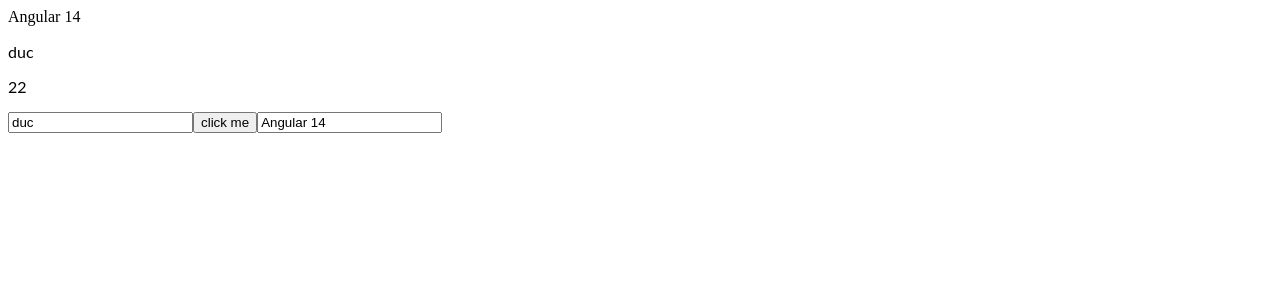
Repository: leduc24/baitap-angular100day
Page: / (app in angular_bai3/)
The author's editor kept a copy of each file at every save. The page is drawn from the files as they stood at one save, then again after the next save.
The browser window is 1280 px wide. The pictures show the whole page.
The project was rebuilt for these pictures with package versions that can differ from the ones it lists, and the page was loaded fresh each time. Also part of the build but not shown: angular_bai3/angular.json, angular_bai3/src/app/hello.component.ts.

Above is the page before, as saved 2022-06-30 11:13:33.

After the next save:
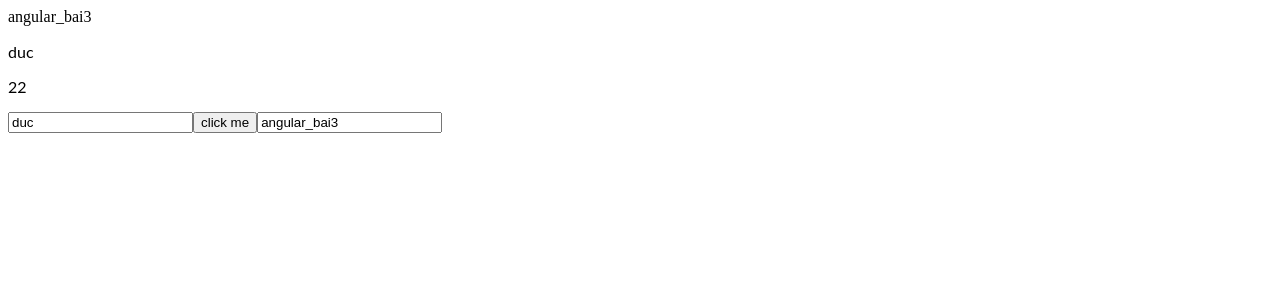
Saved 25 s later.
--- a/angular_bai3/src/app/app.component.ts
+++ b/angular_bai3/src/app/app.component.ts
@@ -6,7 +6,7 @@
   styleUrls: ['./app.component.css'],
 })
 export class AppComponent {
-  name = 'Angular ' + VERSION.major;
+  name = 'angular_bai3';
 
   // DATA BiNDING
   // EVENT BINDING
